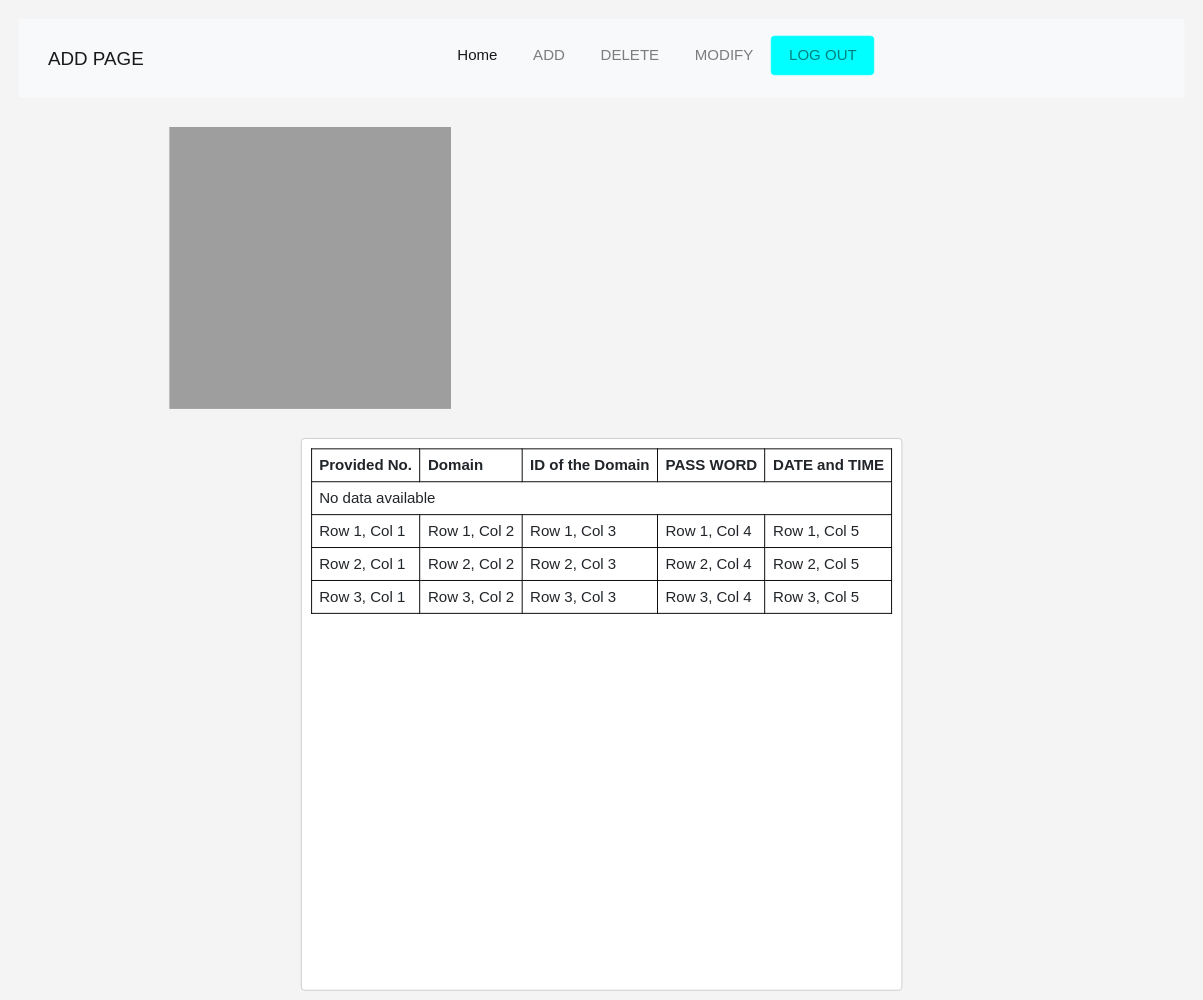
Repository: wizzy-abhishek/Projects
Page: http://localhost/Iam_Doing/Details_Action.jsp
The author's editor kept a copy of each file at every save. The page is drawn from the files as they stood at one save, then again after the next save.
The browser window is 1280 px wide. The pictures show the whole page, at 94% of full size.
Pictures or frames that could not be fetched are drawn as grey boxes. Some web libraries are served in a nearby version. The page is served by Tomcat 10. Nobody is signed in. The application's start-up code is not run. Other server files are loaded and not shown.

Above is the page before, as saved 2024-06-28 15:12:51.

### Iam_Doing/src/main/webapp/Details_Action.jsp
<%@ page language="java" contentType="text/html; charset=UTF-8"
    pageEncoding="UTF-8"%>
<%@ page import="java.util.List" %>
<%@ page import="com.pojo.RealInfo" %>
<html lang="en">
<head>
    <meta charset="UTF-8">
    <meta name="viewport" content="width=device-width, initial-scale=1.0">
    <link href="https://stackpath.bootstrapcdn.com/bootstrap/4.5.2/css/bootstrap.min.css" rel="stylesheet">
    <title>ADD DETAILS</title>
    <style>
        body {
            font-family: 'Arial', sans-serif;
            margin: 0;
            padding: 20px;
            display: flex;
            justify-content: center;
            align-items: flex-start;
            flex-wrap: wrap;
            height: 100vh;
            background-color: #f4f4f4;
        }

        .left-column, .right-column {
            width: 45%;
            margin: 2.5%;
        }

        .scrollable-table {
            overflow-y: auto;
            height: calc(90vh - 60px); /* Adjust if needed */
            border: 1px solid #ccc;
            border-radius: 4px;
            padding: 10px;
            background-color: #fff;
            margin-bottom: 10px; /* Reduced margin to create less space */
        }

        table {
            width: 100%;
            border-collapse: collapse;
        }

        table, th, td {
            border: 1px solid black;
        }

        th, td {
            padding: 8px;
            text-align: left;
        }

        form input, form button {
            display: block;
            width: 100%;
            margin-bottom: 10px;
            border-radius: 8px;
            margin-down : 10px ;
            margin-right : 20px;
            margin-top : 10px ;

        }

        .form-group {
            width: 250px;
            height : 60px ;
            margin: 0 auto;

        }

        .header text-center {
            width: 300px;
            height: 300px;
            margin: 15px auto;
            background-color: #ddd;
            border: 1px solid #ccc;
            display: flex;
            justify-content: center;
            align-items: center;
            font-size: 14px;
            color: #777;

        }

        .logout-btn {
            background-color: cyan !important;
            border-color: cyan !important;
        }

        @media (max-width: 768px) {
            .left-column, .right-column {
                width: 100%;
                order: 1;
            }

            .scrollable-table {
                height: auto;
            }
        }
    </style>
</head>
<body>
<nav class="navbar navbar-expand-lg navbar-light bg-light w-100">
  <div class="container-fluid">
    <a class="navbar-brand">ADD PAGE</a>
    <div class="collapse navbar-collapse" id="navbarNav">
      <ul class="navbar-nav mx-auto">
        <li class="nav-item">
          <form action="LoggedIn" method="post">
            <button type="submit" class="btn nav-link active" aria-current="page">Home</button>
          </form>
        </li>
        <li class="nav-item">
          <form action="Add_Details" method="post">
            <button type="submit" class="btn nav-link">ADD</button>
          </form>
        </li>
        <li class="nav-item">
          <form action="/option2" method="get">
            <button type="submit" class="btn nav-link">DELETE</button>
          </form>
        </li>
        <li class="nav-item">
          <form action="/option3" method="get">
            <button type="submit" class="btn nav-link">MODIFY</button>
          </form>
        </li>
        <li class="nav-item">
          <form action="Logout" method="post">
            <button type="submit" class="btn nav-link logout-btn">LOG OUT</button>
          </form>
        </li>
      </ul>
    </div>
  </div>
</nav>

<div class="left-column">
    <div class="header text-center">
    <img src="Superman.png" alt="Website Logo" height="300" width="300" >
    </div>
</div>
<hr>

<div class="centre">
    <div class="scrollable-table">
        <table>
            <thead>
                <tr>
                    <th>Provided No.</th>
                    <th>Domain</th>
                    <th>ID of the Domain</th>
                    <th>PASS WORD</th>
                    <th>DATE and TIME</th>
                </tr>
            </thead>
            <tbody id="table-body">
                <%
                    List<RealInfo> realInfoList = (List<RealInfo>) session.getAttribute("realInfoList");
                    if (realInfoList != null) {
                        int providedNo = 1;
                        for (RealInfo info : realInfoList) {
                            %>
                            <tr>
                                <td><%= info.getId() %></td>
                                <td><%= info.getDomain() %></td>
                                <td><%= info.getUserID() %></td>
                                <td><%= info.getPassword() %></td>
                                <td><%= info.getAddDate() %></td>
                            </tr>
                            <%
                        }
                    } else {
                        %>
                        <tr>
                            <td colspan="5">No data available</td>
                        </tr>
                        <%
                    }
                %>
            </tbody>
        </table>
    </div>
</div>


<script>
    // Sample data to demonstrate dynamic row addition
    const data = [
        ["Row 1, Col 1", "Row 1, Col 2", "Row 1, Col 3", "Row 1, Col 4", "Row 1, Col 5"],
        ["Row 2, Col 1", "Row 2, Col 2", "Row 2, Col 3", "Row 2, Col 4", "Row 2, Col 5"],
        ["Row 3, Col 1", "Row 3, Col 2", "Row 3, Col 3", "Row 3, Col 4", "Row 3, Col 5"]
    ];

    const tableBody = document.getElementById('table-body');

    data.forEach(rowData => {
        const row = document.createElement('tr');
        rowData.forEach(cellData => {
            const cell = document.createElement('td');
            cell.textContent = cellData;
            row.appendChild(cell);
        });
        tableBody.appendChild(row);
    });
</script>

<script src="https://code.jquery.com/jquery-3.5.1.slim.min.js"></script>
<script src="https://cdn.jsdelivr.net/npm/@popperjs/core@2.5.4/dist/umd/popper.min.js"></script>
<script src="https://stackpath.bootstrapcdn.com/bootstrap/4.5.2/js/bootstrap.min.js"></script>
</body>
</html>

After the next save:
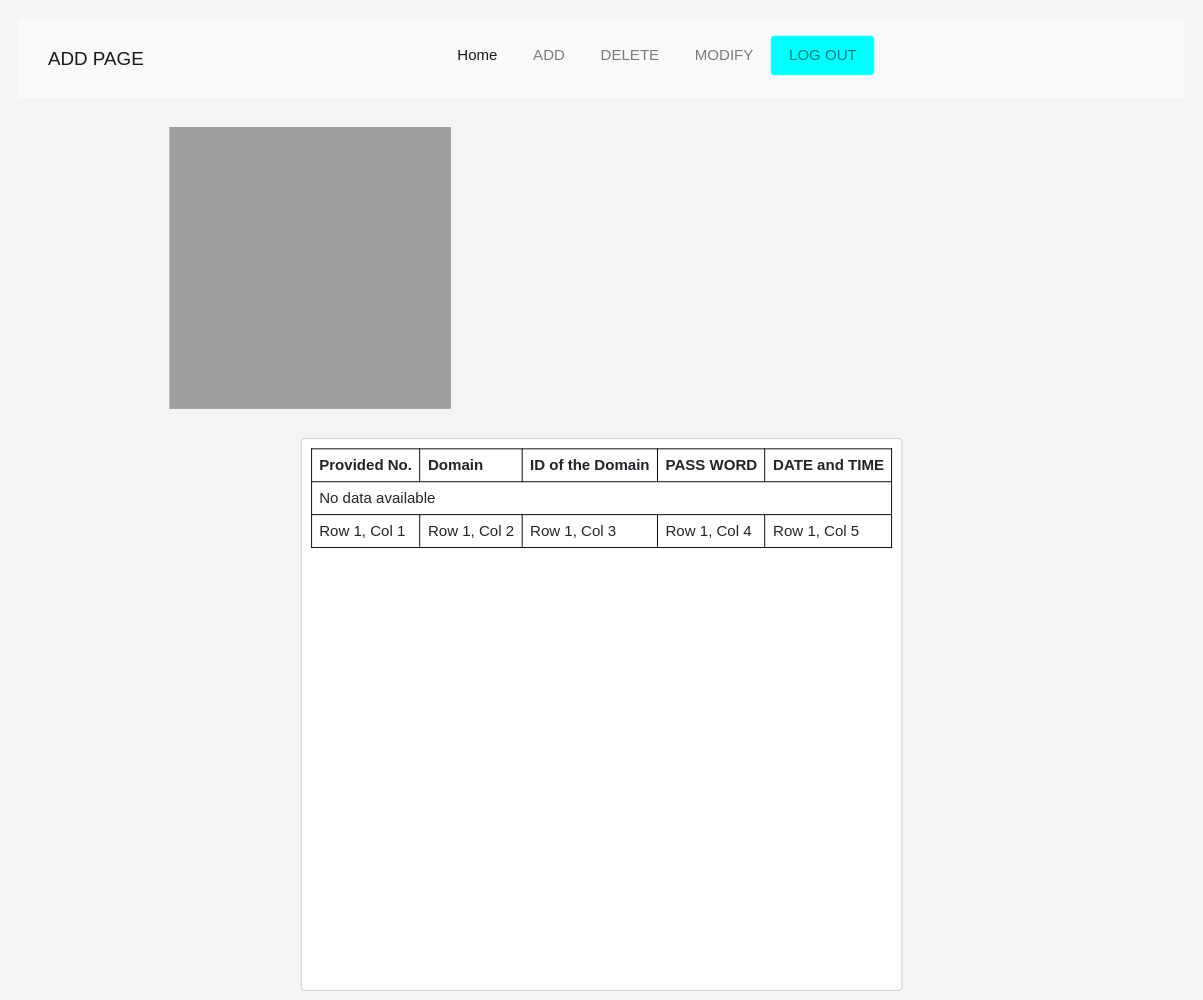
Saved 29 s later.
--- a/Iam_Doing/src/main/webapp/Details_Action.jsp
+++ b/Iam_Doing/src/main/webapp/Details_Action.jsp
@@ -187,9 +187,7 @@
 <script>
     // Sample data to demonstrate dynamic row addition
     const data = [
-        ["Row 1, Col 1", "Row 1, Col 2", "Row 1, Col 3", "Row 1, Col 4", "Row 1, Col 5"],
-        ["Row 2, Col 1", "Row 2, Col 2", "Row 2, Col 3", "Row 2, Col 4", "Row 2, Col 5"],
-        ["Row 3, Col 1", "Row 3, Col 2", "Row 3, Col 3", "Row 3, Col 4", "Row 3, Col 5"]
+        ["Row 1, Col 1", "Row 1, Col 2", "Row 1, Col 3", "Row 1, Col 4", "Row 1, Col 5"]
     ];
 
     const tableBody = document.getElementById('table-body');
